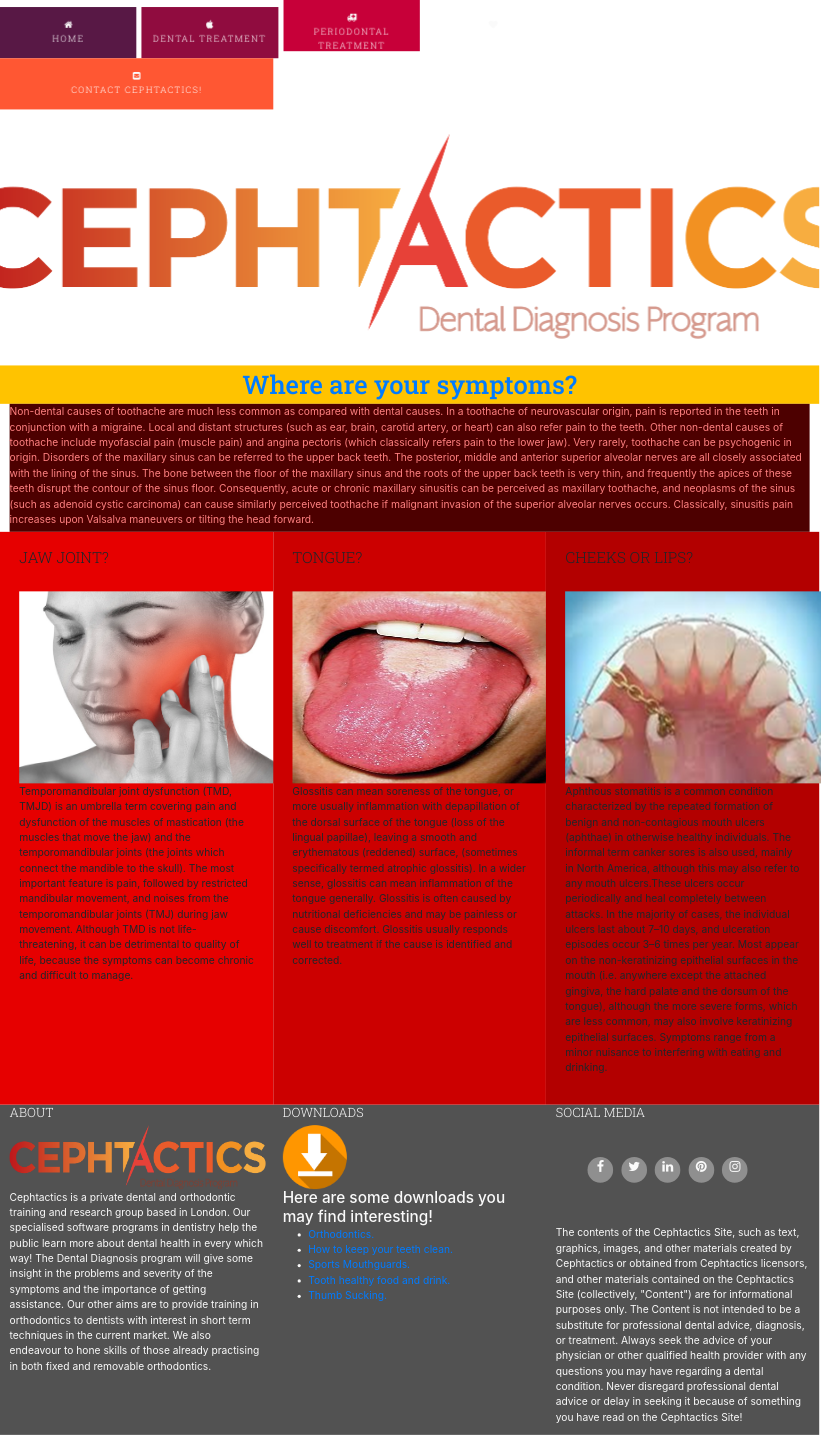
Repository: Code-Institute-Submissions/Rajjabbal-milestone-project
Page: 3other.html
The author's editor kept a record of every edit. The page is drawn from the files as they stood at one moment, then again after the next edit.
The browser window is 1280 px wide. The page is 1283 px wide, so the pictures cover 1283 px, including what lies to the right of the window. The pictures show the whole page, at 64% of full size.
Some web libraries are served in a nearby version.

Above is the page before.

### 3other.html
<!DOCTYPE html>
<html lang="en">

<head>
    <meta charset="UTF-8">
    <meta name="viewport" content="width=device-width, initial-scale=1.0">
    <meta http-equiv="X-UA-Compatible" content="ie=edge">
    <link rel="stylesheet" href="https://stackpath.bootstrapcdn.com/bootstrap/4.2.1/css/bootstrap.min.css" type="text/css" />
    <link rel="stylesheet" href="https://stackpath.bootstrapcdn.com/font-awesome/4.7.0/css/font-awesome.min.css" type="text/css" />
    <link rel="stylesheet" href="assets/css/style.css" type="text/css" />
    <link rel="stylesheet" href="https://cdnjs.cloudflare.com/ajax/libs/hover.css/2.3.1/css/hover-min.css" type="text/css" />
    <title>Milestone Project 1</title>
</head>

<body>
    <header>
        <div class="row no-gutters">
            <div class="col-md-12">
                <ul id="nav" class="list-inline menucontainer">
                    <li class="col-sm-2 ui-menu-color-home list-inline-item menuitem">
                        <a href="#" class="hvr-sweep-to-bottom"><i class="fa fa-home" aria-hidden="true"></i><span>Home</span>
                        </a>
                    </li>
                    <li class="col-sm-2 ui-menu-color-dental list-inline-item menuitem">
                        <a href="#" class="hvr-sweep-to-bottom"><i class="fa fa-apple" aria-hidden="true"></i><span>Dental Treatment</span>
                        </a>
                    </li>
                    <li class="col-sm-2 ui-menu-color-periodontal list-inline-item menuitem">
                        <a href="#" class="hvr-sweep-to-bottom"><i class="fa fa-ambulance" aria-hidden="true"></i><span>Periodontal Treatment</span>
                        </a>
                    </li>
                    <li class="col-sm-2 ui-menu-color-other list-inline-item menuitem">
                        <a href="#" class="hvr-sweep-to-bottom"><i class="fa fa-heart" aria-hidden="true"></i><span>Other Treatment</span>
                        </a>
                    </li>
                    <li class="col-sm-4 ui-menu-color-contact list-inline-item menuitem">
                        <a href="#" class="hvr-sweep-to-bottom"><i class="fa fa-envelope-square" aria-hidden="true"></i><span>Contact Cephtactics!</span>
                        </a>
                    </li>
                </ul>
            </div>
        </div>
        <div class="row no-gutters">
            <a href="index.html" class="col-md-12 logo"></a>
        </div>
        <div class="row no-gutters bg-color-question">
            <div class="col-md-12 question">
                <a href="question"> Where are your symptoms?</a>
            </div>
        </div>

    </header>

    <section class="container-fluid">
        <div class="blurb">
            <p>Non-dental causes of toothache are much less common as compared with dental causes. In a toothache of neurovascular origin, pain is reported in the teeth in conjunction with a migraine. Local and distant structures (such as ear, brain, carotid
                artery, or heart) can also refer pain to the teeth. Other non-dental causes of toothache include myofascial pain (muscle pain) and angina pectoris (which classically refers pain to the lower jaw). Very rarely, toothache can be psychogenic
                in origin. Disorders of the maxillary sinus can be referred to the upper back teeth. The posterior, middle and anterior superior alveolar nerves are all closely associated with the lining of the sinus. The bone between the floor of the
                maxillary sinus and the roots of the upper back teeth is very thin, and frequently the apices of these teeth disrupt the contour of the sinus floor. Consequently, acute or chronic maxillary sinusitis can be perceived as maxillary toothache,
                and neoplasms of the sinus (such as adenoid cystic carcinoma) can cause similarly perceived toothache if malignant invasion of the superior alveolar nerves occurs. Classically, sinusitis pain increases upon Valsalva maneuvers or tilting
                the head forward.
            </p>
        </div>

        <div class="row">
            <div class="col-md-4 bg-color-dental section-column">
                <h4 class="section-heading uppercase">Jaw Joint?</h4>
                <img src="./assets/images/4other1.jpg" alt="Italian Trulli" style="width:400px; height:300px;">
                <p class="inline-block">Temporomandibular joint dysfunction (TMD, TMJD) is an umbrella term covering pain and dysfunction of the muscles of mastication (the muscles that move the jaw) and the temporomandibular joints (the joints which connect the mandible to
                    the skull). The most important feature is pain, followed by restricted mandibular movement, and noises from the temporomandibular joints (TMJ) during jaw movement. Although TMD is not life-threatening, it can be detrimental to quality
                    of life, because the symptoms can become chronic and difficult to manage.</p>
            </div>
            <div class="col-md-4 bg-color-periodontal section-column">
                <h4 class="section-heading uppercase">Tongue?</h4>
                <img src="./assets/images/4other2.jpg" alt="Italian Trulli" style="width:400px; height:300px;">
                <p class="inline-block">Glossitis can mean soreness of the tongue, or more usually inflammation with depapillation of the dorsal surface of the tongue (loss of the lingual papillae), leaving a smooth and erythematous (reddened) surface, (sometimes specifically
                    termed atrophic glossitis). In a wider sense, glossitis can mean inflammation of the tongue generally. Glossitis is often caused by nutritional deficiencies and may be painless or cause discomfort. Glossitis usually responds well to
                    treatment if the cause is identified and corrected.</p>
            </div>
            <div class="col-md-4 bg-color-other section-column">
                <h4 class="section-heading uppercase">Cheeks or lips?</h4>
                <img src="./assets/images/Image.png" alt="Italian Trulli" style="width:400px; height:300px;">
                <p class="inline-block">Aphthous stomatitis is a common condition characterized by the repeated formation of benign and non-contagious mouth ulcers (aphthae) in otherwise healthy individuals. The informal term canker sores is also used, mainly in North America,
                    although this may also refer to any mouth ulcers.These ulcers occur periodically and heal completely between attacks. In the majority of cases, the individual ulcers last about 7–10 days, and ulceration episodes occur 3–6 times per
                    year. Most appear on the non-keratinizing epithelial surfaces in the mouth (i.e. anywhere except the attached gingiva, the hard palate and the dorsum of the tongue), although the more severe forms, which are less common, may also involve
                    keratinizing epithelial surfaces. Symptoms range from a minor nuisance to interfering with eating and drinking.</p>
            </div>
        </div>

    </section>

    <footer class="container-fluid">
        <div class="row">
            <div class="col-sm-4">
                <h5 class="uppercase general-sub">About</h5>
                <div class="cephtactics">
                <img src="./assets/images/CEP-Logo DENTAL.png" alt="Italian Trulli" style="width:400px; height:100px;">
                </div>
                <p class="inline-block">
                    Cephtactics is a private dental and orthodontic training and research group based in London. Our specialised software programs in dentistry help the public learn more about dental health in every which way! The Dental Diagnosis program will give some
                    insight in the problems and severity of the symptoms and the importance of getting assistance. Our other aims are to provide training in orthodontics to dentists with interest in short term techniques in the current market. We also
                    endeavour to hone skills of those already practising in both fixed and removable orthodontics.
                </p>
            </div>
            <div class="col-sm-4">
                <h5 class="uppercase general-sub">Downloads</h5>
                <div class="download-pic">
                <img src="./assets/images/Download.jpg" alt="Italian Trulli" style="width:100px; height:100px;">
                </div>
                <h4 class="download">Here are some downloads you may find interesting!
                </h4>
                <ul class="inline-block">
                    <li>
                        <a href="https://view.publitas.com/british-orthodontic-society/orthotreatmentfebruary2019/page/1" target="_blank" class="link1">
                        <span>Orthodontics.</span>
                    </a>
                    </li>
                    <li>
                        <a href="https://view.publitas.com/british-orthodontic-society/oralhealthmarch2019/page/1" target="_blank" class="link2">
                        <span>How to keep your teeth clean.</span>
                    </a>
                    </li>
                    <li>
                        <a href="https://view.publitas.com/british-orthodontic-society/mouthguardsmarch2019/page/1" target="_blank" class="link3">
                        <span>Sports Mouthguards.</span>
                    </a>
                    </li>
                    <li>
                        <a href="https://view.publitas.com/british-orthodontic-society/food-and-drinkmarch2019/page/1" target="_blank" class="link4">
                        <span>Tooth healthy food and drink.</span>
                    </a>
                    </li>
                    <li>
                        <a href="https://view.publitas.com/british-orthodontic-society/digitsmarch2019/page/1" target="_blank" class="link5">
                        <span>Thumb Sucking.</span>
                    </a>
                    </li>
                </ul>
            </div>
            <div class="col-sm-4">
                <h5 class="uppercase general-sub">Social Media</h5>
                <ul class="list-inline social-links">
                    <li class="list-inline-item">
                        <a target="_blank" href="#">
                            <i class="fa fa-facebook" aria-hidden="true"></i>
                            <span class="sr-only">Facebook</span>
                        </a>
                    </li>
                    <li class="list-inline-item">
                        <a target="_blank" href="#">
                            <i class="fa fa-twitter" aria-hidden="true"></i>
                            <span class="sr-only">Twitter</span>
                        </a>
                    </li>
                    <li class="list-inline-item">
                        <a target="_blank" href="#">
                            <i class="fa fa-linkedin" aria-hidden="true"></i>
                            <span class="sr-only">Linkedin</span>
                        </a>
                    </li>
                    <li class="list-inline-item">
                        <a target="_blank" href="#">
                            <i class="fa fa-pinterest" aria-hidden="true"></i>
                            <span class="sr-only">Pinterest</span>
                        </a>
                    </li>
                    <li class="list-inline-item">
                        <a target="_blank" href="#">
                            <i class="fa fa-instagram" aria-hidden="true"></i>
                            <span class="sr-only">Instagram</span>
                        </a>
                    </li>
                </ul>
                <p class="inline-block">The contents of the Cephtactics Site, such as text, graphics, images, and other materials created by Cephtactics or obtained from Cephtactics licensors, and other materials contained on the Cephtactics Site (collectively, "Content") are
                    for informational purposes only. The Content is not intended to be a substitute for professional dental advice, diagnosis, or treatment. Always seek the advice of your physician or other qualified health provider with any questions
                    you may have regarding a dental condition. Never disregard professional dental advice or delay in seeking it because of something you have read on the Cephtactics Site!</p>
            </div>

        </div>

    </footer>

</body>

</html>

### assets/css/style.css
@import url('https://fonts.googleapis.com/css?family=Roboto+Slab:100,200,300,400,500,600,700');

/*-----colors-----*/

.bg-color-question {
    background-color: #FFC300;

}

.ui-menu-color-home {
    background-color: RGB(88, 24, 69);
}

.ui-menu-color-dental {
    background-color: RGB(144, 12, 63);
}

.ui-menu-color-periodontal {
    background-color: RGB(199, 0, 57);
}

.ui-menu-color-contact {
    background-color: RGB(255, 87, 51);
}

.ui-menu-color-statement {
    background-color: RGB(23, 32, 42);
}

.bg-color-dental {
    background-color: #e60000;
}
.bg-color-periodontal {
    background-color: #cc0000;
}
.bg-color-other {
    background-color: #b30000;
}

/*-----Special paddings/margins/text-----*/

h1,
h2,
h3,
h4 {
    margin: 0;
}

.uppercase {
    text-transform: uppercase;

}

.general-sub {
    font-family: "Roboto Slab", sans-serif;
    font-weight: 300;
    color: #fafafa;
}

.inline-block {
    display: inline-block;
}

.row-table {
    display: table;
}

.section-column {
    display: table-cell;
    padding: 0 30px 30px;
    float: none;
}

.section-heading {
    font-family: "Roboto Slab", sans-serif;
    font-weight: 300;
    margin-top: 25px;
    margin-bottom: 40px;
}

/*-----heading-----*/

header {
    margin: 0px;
}

.list-inline-item:not(:last-child) {
    max-height: 80px;

}

.menucontainer {
    font-size: 0;

}

#nav {
    margin: 0;
}

#nav li {
    font-size: 14px;
    font-family: "Roboto Slab", sans-serif;
    color: #DAF7A6;
    padding: 0;
}

.menuitem {
    height: 80px;
    text-align: center;
}

.menuitem a {
    width: 100%;
    text-decoration: none;
    color: #fff;
}

.menuitem a i {
    padding-top: 20px;
    display: block;
    color: #fafafa;
}

.menuitem span {
    display: block;
    width: 100%;
    padding-top: 5px;
    text-align: center;
    text-transform: uppercase;
    font-size: 14px;
    font-weight: 300;
    letter-spacing: 2px;
}

.logo {
    background: url("../images/CEP-Logo DENTAL.png");
    background-position: center;
    background-repeat: no-repeat;
    background-size: 1400px;
    min-height: 400px;
    padding: 0px;
    transition: all .5s ease-in-out;
    -moz-transition: all .5s ease-in-out;
    -webkit-transition: all .5s ease-in-out;
}

.picture {
    background: url("../images/BK.jpg");
    background-position: center;
    background-repeat: no-repeat;
    background-size: cover;
    min-height: 240px;
    transition: all .5s ease-in-out;
    -moz-transition: .5s ease-in-out;
    -webkit-transition: .5s ease-in-out;
}

.question {
    font-family: "Roboto Slab", sans-serif;
    font-weight: 500;
    font-size: 40px;
    margin: 0px;
    color: #ffffff;
    text-align: center;
}

/*-----hover.css-----*/

.hvr-sweep-to-bottom:before {
    background: rgba(0, 0, 0, 1);
    height: 80px;
}

/*-----section-----*/

.blurb {
    background-color: #4d0000;
    min-height: 200px;
    padding: 0;
    color: #ff8080;
}




/*-----footer-----*/

footer {
    background-color: #525252;
    color: #fafafa;
    min-height: 180px;
    margin: 0;
}

.social-links {
    padding: 50px;
}

.social-links li a i {
    width: 40px;
    height: 40px;
    padding: 12px 0;
    border-radius: 50%;
    font-size: 20px;
    line-height: 7px;
    text-align: center;
    color: #fafafa;
    background: #8f8f8f;
    transition: all 0.35s ease-in-out;
    -moz-transition: all 0.35s ease-in-out;
    -webkit-transition: all 0.35s ease-in-out;
    -o-transition: all 0.35s ease-in-out;
}

.social-links li a i:hover {
    background: #e84610;
}

#footer-details {
    padding: 20px;
}

After the next edit:
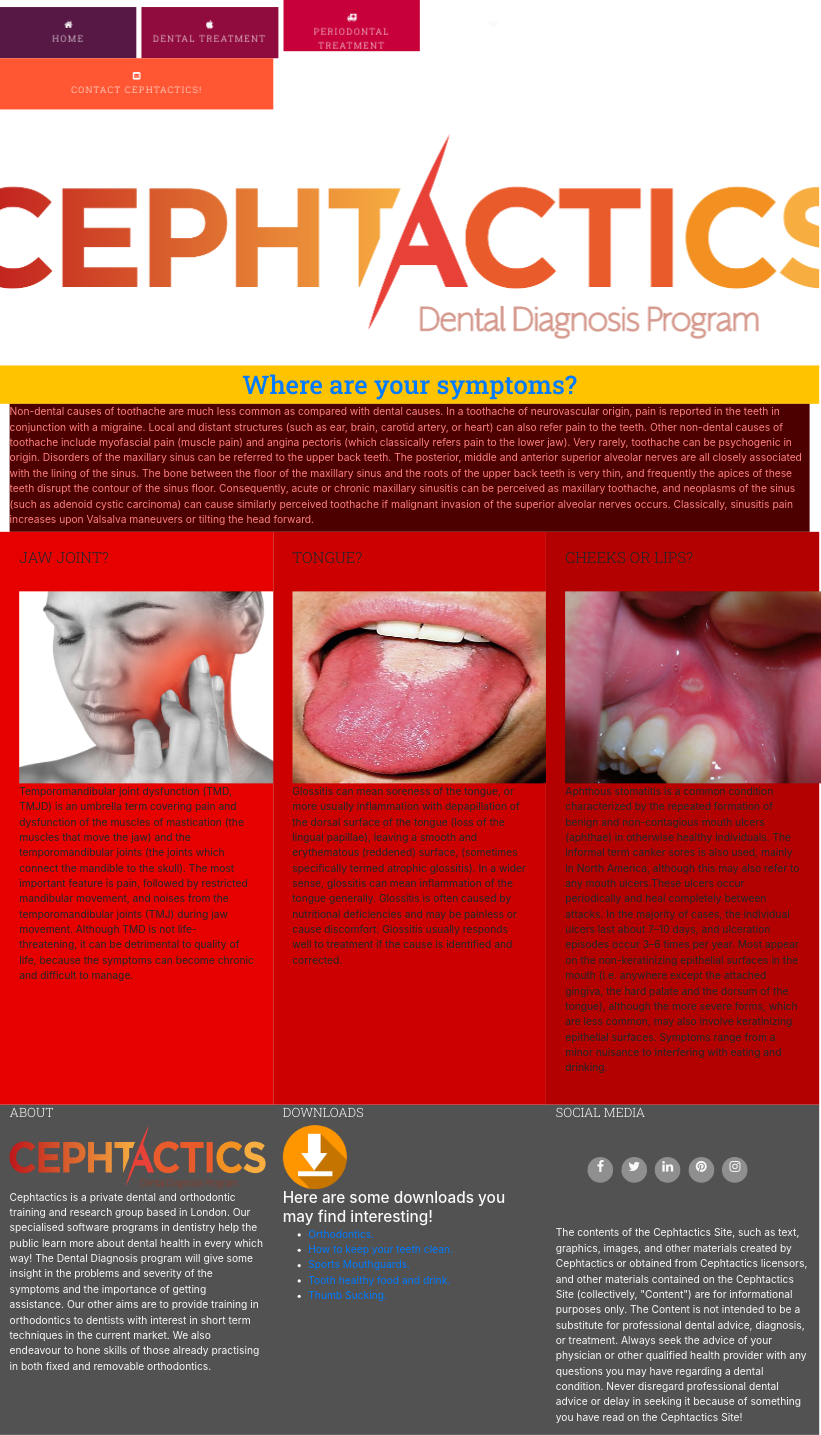
The edit:
--- a/3other.html
+++ b/3other.html
@@ -79,7 +79,7 @@
             </div>
             <div class="col-md-4 bg-color-other section-column">
                 <h4 class="section-heading uppercase">Cheeks or lips?</h4>
-                <img src="./assets/images/Image.png" alt="Italian Trulli" style="width:400px; height:300px;">
+                <img src="./assets/images/4other3.jpg" alt="Italian Trulli" style="width:400px; height:300px;">
                 <p class="inline-block">Aphthous stomatitis is a common condition characterized by the repeated formation of benign and non-contagious mouth ulcers (aphthae) in otherwise healthy individuals. The informal term canker sores is also used, mainly in North America,
                     although this may also refer to any mouth ulcers.These ulcers occur periodically and heal completely between attacks. In the majority of cases, the individual ulcers last about 7–10 days, and ulceration episodes occur 3–6 times per
                     year. Most appear on the non-keratinizing epithelial surfaces in the mouth (i.e. anywhere except the attached gingiva, the hard palate and the dorsum of the tongue), although the more severe forms, which are less common, may also involve
